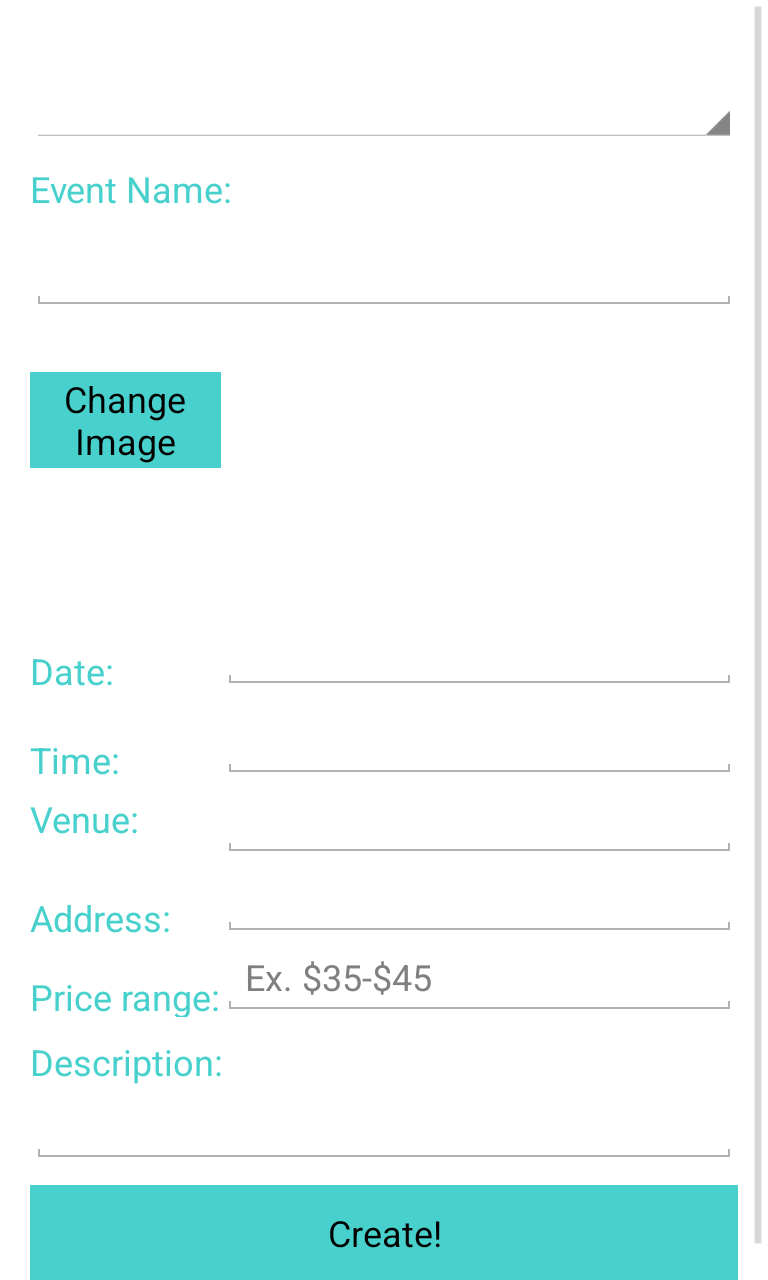
Repository: COMP231-S63G1/COMP231-S63G1
Layout: Wanna/res/layout/edit_event.xml
The author's editor kept a copy of each file at every save. The layout is drawn from the files as they stood at one save, then again after the next save.
It is drawn on a 768 x 1280 px phone screen (xhdpi) without system bars, with theme AppTheme; the app's code is not run.

Above is the layout before, as saved 2014-11-02 20:59:33.

### Wanna/res/layout/edit_event.xml
<?xml version="1.0" encoding="utf-8"?>
<LinearLayout xmlns:android="http://schemas.android.com/apk/res/android"
     android:orientation="vertical"
    android:layout_width="fill_parent"
    android:layout_height="fill_parent"


    >

<ScrollView
        android:id="@+id/scrollView1"
        android:layout_width="wrap_content"
        android:layout_height="wrap_content" >


<TableLayout
    android:layout_width="match_parent"
    android:layout_height="wrap_content"
    android:stretchColumns="1"
    android:padding="15dp"
    >

    <Spinner
        android:layout_marginTop="25dp"
        android:id="@+id/spinnerEventType"
        android:layout_width="wrap_content"
        android:layout_height="wrap_content"
        style="@style/SpinnerTextAppearance"
        android:layout_marginBottom="10dp"
        />




      <TextView
          android:id="@+id/tvEventName"
          style="@style/FormTheme"
          android:layout_width="wrap_content"
          android:layout_height="wrap_content"
          android:layout_gravity="center"
          android:text="@string/eventName"
          android:layout_marginBottom="10dp"
          />




    <EditText

        android:id="@+id/eventName"
        android:layout_width="fill_parent"
        android:layout_height="wrap_content"
        android:hint=""
        android:layout_marginBottom="20dp"
        />

      <TableRow >
    <Button
        android:id="@+id/btnSelectImage"
        android:layout_width="38dp"
        android:layout_height="wrap_content"
        android:text="Change Image"
        android:onClick ="onClickPicture"
        android:background="#48D1CC"
        android:layout_marginTop="10dp"
        android:layout_marginBottom="30dp"
        />



   <ImageView
         android:id="@+id/imgView"
         android:layout_width="100dp"
         android:layout_height="100dp"
         android:layout_marginBottom="30dp"
          />
    </TableRow>





        <LinearLayout
            android:layout_width="match_parent"
            android:layout_height="match_parent"
            android:orientation="vertical" >
        </LinearLayout>


    <TableRow>
        <TextView
        android:layout_marginTop="10dp"
        style="@style/FormTheme"
        android:id="@+id/tvEventDate"
        android:layout_width="wrap_content"
        android:layout_height="wrap_content"
        android:text="@string/eventDate"
        android:layout_marginBottom="10dp"
        />

        <EditText
            android:id="@+id/eventDate"
            android:layout_width="match_parent"
            android:layout_height="wrap_content"
            android:ems="10"
            android:inputType="date"
            />

    </TableRow>

    <TableRow>

        <TextView
            android:id="@+id/tvEventTime"
            style="@style/FormTheme"
            android:layout_width="wrap_content"
            android:layout_height="wrap_content"
            android:layout_marginTop="10dp"
            android:text="@string/eventTime" />

        <EditText
            android:id="@+id/editText2"
            android:layout_width="wrap_content"
            android:layout_height="wrap_content"
            android:ems="10"
            android:inputType="time"
            />
    </TableRow>

    <TableRow>
              <TextView
        style="@style/FormTheme"
        android:id="@+id/tvEventVenue"
        android:layout_width="wrap_content"
        android:layout_height="wrap_content"
        android:text="@string/eventVenue"

        />

    <EditText
        android:id="@+id/eventVenue"
        android:layout_width="wrap_content"
        android:layout_height="wrap_content"
        >


    </EditText>
    </TableRow>

    <TableRow>
        <TextView
        style="@style/FormTheme"
        android:layout_marginTop="10dp"
        android:id="@+id/tvEventLocation"
        android:layout_width="wrap_content"
        android:layout_height="wrap_content"
        android:text="@string/eventLocation"
        />

        <EditText
            android:id="@+id/editText3"
            android:layout_width="match_parent"
            android:layout_height="wrap_content"
            android:ems="10"

            android:inputType="textPostalAddress" />
    </TableRow>

    <TableRow>
        <TextView
            android:layout_marginTop="10dp"
        style="@style/FormTheme"
        android:id="@+id/tvEventPrice"
        android:layout_width="wrap_content"
        android:layout_height="wrap_content"
        android:text="@string/eventPrice"
        />

    <EditText
        android:id="@+id/eventPrice"
        android:layout_width="wrap_content"
        android:layout_height="wrap_content"
        android:ems="10"
        android:hint="@string/hintPrice"
        android:inputType="number"
        />
    </TableRow>

    <TextView
        android:layout_marginTop="10dp"
        style="@style/FormTheme"
        android:id="@+id/tvEventDescription"
        android:layout_width="wrap_content"
        android:layout_height="wrap_content"
        android:text="@string/eventDescription"

        />

    <EditText
        android:id="@+id/editText1"
        android:layout_width="wrap_content"
        android:layout_height="wrap_content"
        android:ems="10"
        android:inputType="textMultiLine" />

    <Button
        android:id="@+id/buttonCreateEvent"
        android:layout_width="wrap_content"
        android:layout_height="wrap_content"
        android:onClick="onCreateEvent"
        android:layout_marginTop="10dp"
        android:background="#48D1CC"
        android:text="@string/buttonCreateEvent"
        />

</TableLayout>
</ScrollView>



</LinearLayout>

### Wanna/res/values/strings.xml
<?xml version="1.0" encoding="utf-8"?>
<resources>

    <string name="app_name">Wanna...?</string>
    <string name="hello_world">Hello world!</string>
    <string name="action_settings">Settings</string>
    <string name="welcome">Wanna...?</string>
    <string name="email">E-mail</string>
    <string name="enterButton"> ENTER </string>
    <string name="title_activity_register_login">RegisterLogin</string>
    <string name="title_activity_home_page">Home</string>
    <string name="login">LOGIN</string>
    <string name="register">REGISTER</string>
    <string name="username">Username</string>
    <string name="name">Name</string>
    <string name="password">Password</string>
    <string name="forgetPassword">Forgot Password</string>
    <string name="retypePassword">Retype Password</string>
    <string name="changePass">Change your Password</string>
    <string name="newPass">New Password</string>
    <string name="registerTo">Register to Wanna...?</string>
    <string name="loginButton">LOGIN</string>
    <string name="title_activity_create_event">Create Event</string>
    <string name="eventName">Event Name: </string>
    <string name="eventDescription">Description: </string>
    <string name="eventDate">Date: </string>
    <string name="eventTime">Time: </string>
    <string name="eventVenue">Venue: </string>
    <string name="eventLocation">Address: </string>
    <string name="eventPrice">Price range: </string>
    <string name="eventPurchase">Buy tickets now!</string>
    <string name="gender">Gender</string>
    <string name="genderMale">Male</string>
    <string name="genderFemale">Female</string>
    <string name="age">Age</string>
    <string name="description">Description</string>
    <string name="done">Done</string>
    <string name="cancel">Cancel</string>
    <string name="activity_profile_form">Profile Form</string>
    <string name="uploadImage">Upload Image</string>
    <string name="hintEventTime">Ex. 12am</string>
    <string name="hintEventDate">Ex. 1/1/2014</string>
    <string name="hintPrice">Ex. $35-$45</string>
    <string name="buttonCreateEvent">Create!</string>
    <string name="btnSearch">Search</string>
    <string name="searchEvent">Search Event</string>

    <string-array name="createEventArray">
        <item>Select Event Type</item>
        <item>Sports</item>
        <item>Entertainment</item>
    </string-array>

    <string name="title_activity_search_event">Wanna?</string>
    <string name="title_activity_edit_event">Wanna...?</string>

</resources>

Loaded but not shown: Wanna/res/values/styles.xml (common file); Wanna/res/values-v11/styles.xml (common file); Wanna/res/values-v14/styles.xml (common file)

After the next save:
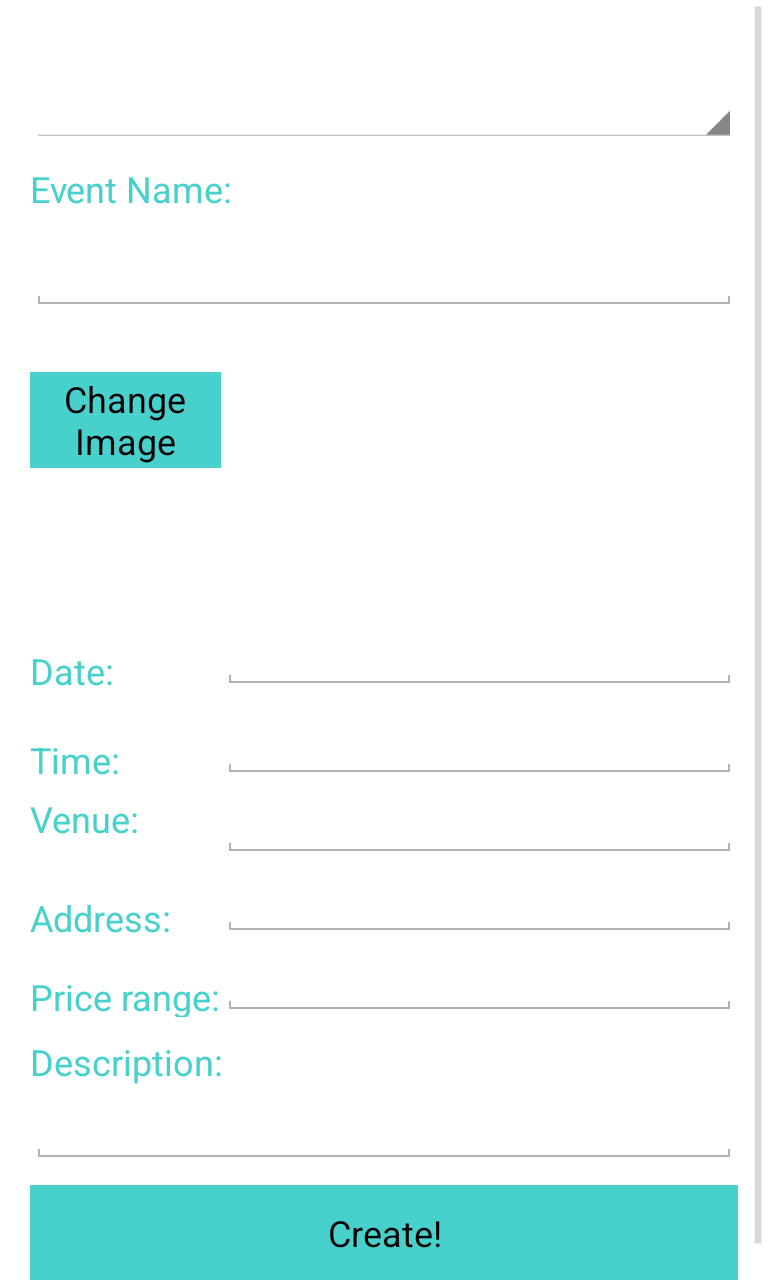
Saved 43 s later.
--- a/Wanna/res/layout/edit_event.xml
+++ b/Wanna/res/layout/edit_event.xml
@@ -181,7 +181,6 @@
         android:layout_width="wrap_content"
         android:layout_height="wrap_content"
         android:ems="10"
-        android:hint="@string/hintPrice"
         android:inputType="number"
         />
     </TableRow>
